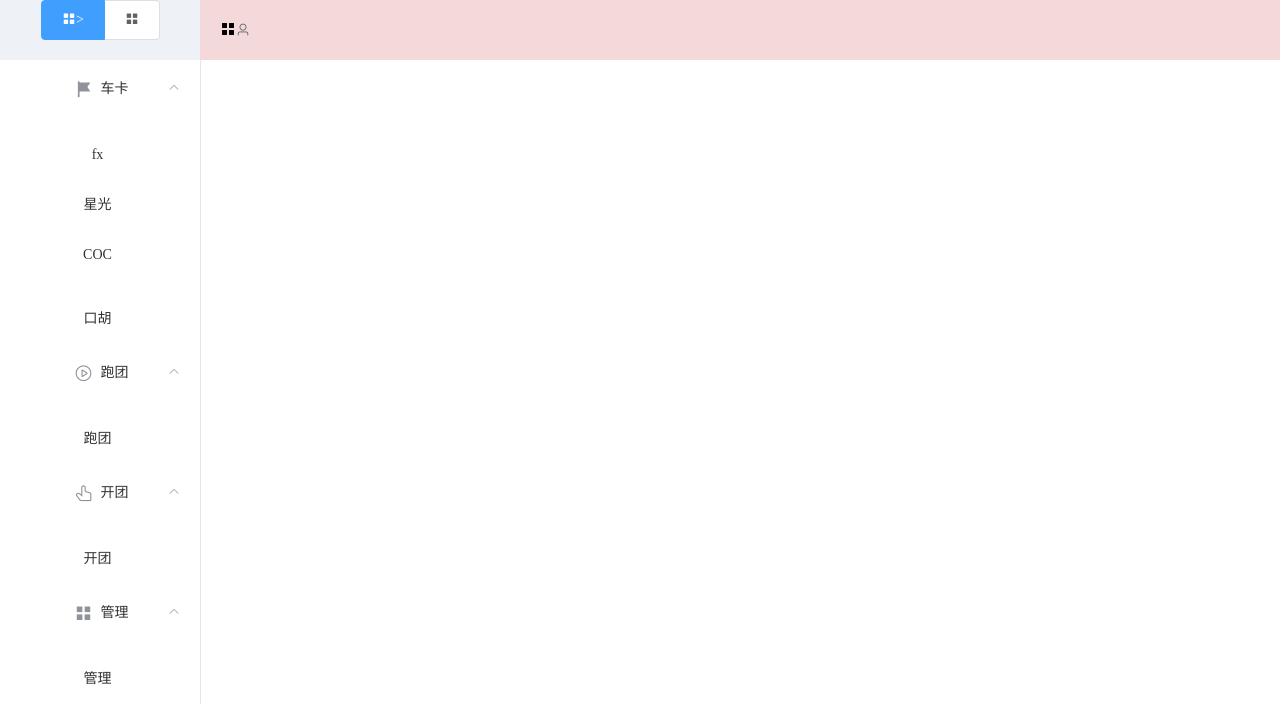
Repository: redlout/ptgkd
Page: /
These files come from the project's save history. The page is drawn as it stood at one moment and after the next save; the edit follows.
The browser window is 1280 px wide. The pictures show the whole page.
The project was rebuilt for these pictures with package versions that can differ from the ones it lists, and the page was loaded fresh each time. Also part of the build but not shown: src/mock/mock.js, src/views/Login.vue, src/components/SvgIcon/index.vue.

Above is the page before, as saved 2019-09-02 16:44:59.

After the next save:
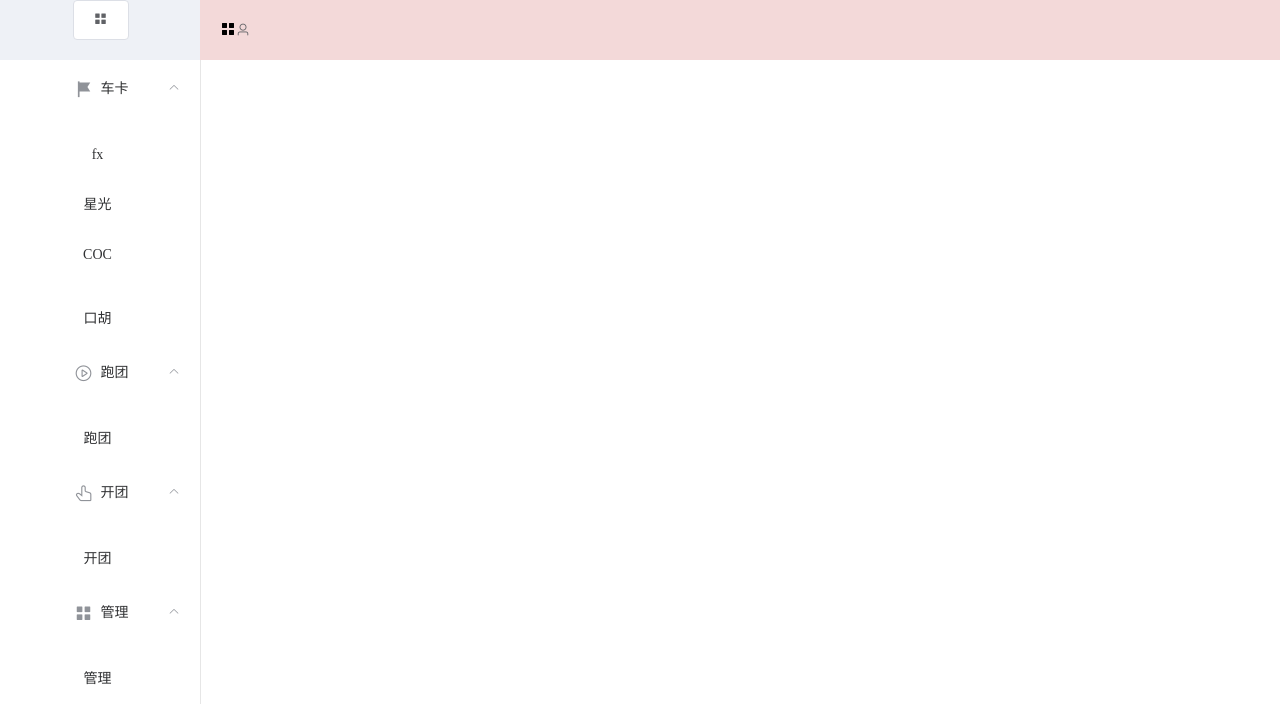
Saved 2 min 7 s later.
--- a/src/components/AsideBar/index.vue
+++ b/src/components/AsideBar/index.vue
@@ -1,8 +1,7 @@
 <template>
   <el-aside width="initial" style="background-color: rgb(238, 241, 246) ">
           <el-radio-group v-model="isCollapse" style="margin-bottom:20px;">
-        <el-radio-button :label="false"><i class="el-icon-menu"></i>></el-radio-button>
-        <el-radio-button :label="true"><i class="el-icon-menu"></i></el-radio-button>
+        <el-radio-button :label="collapse"><i class="el-icon-menu"></i></el-radio-button>
       </el-radio-group>
     <el-menu
       :default-openeds="['1','2','3','4']"
